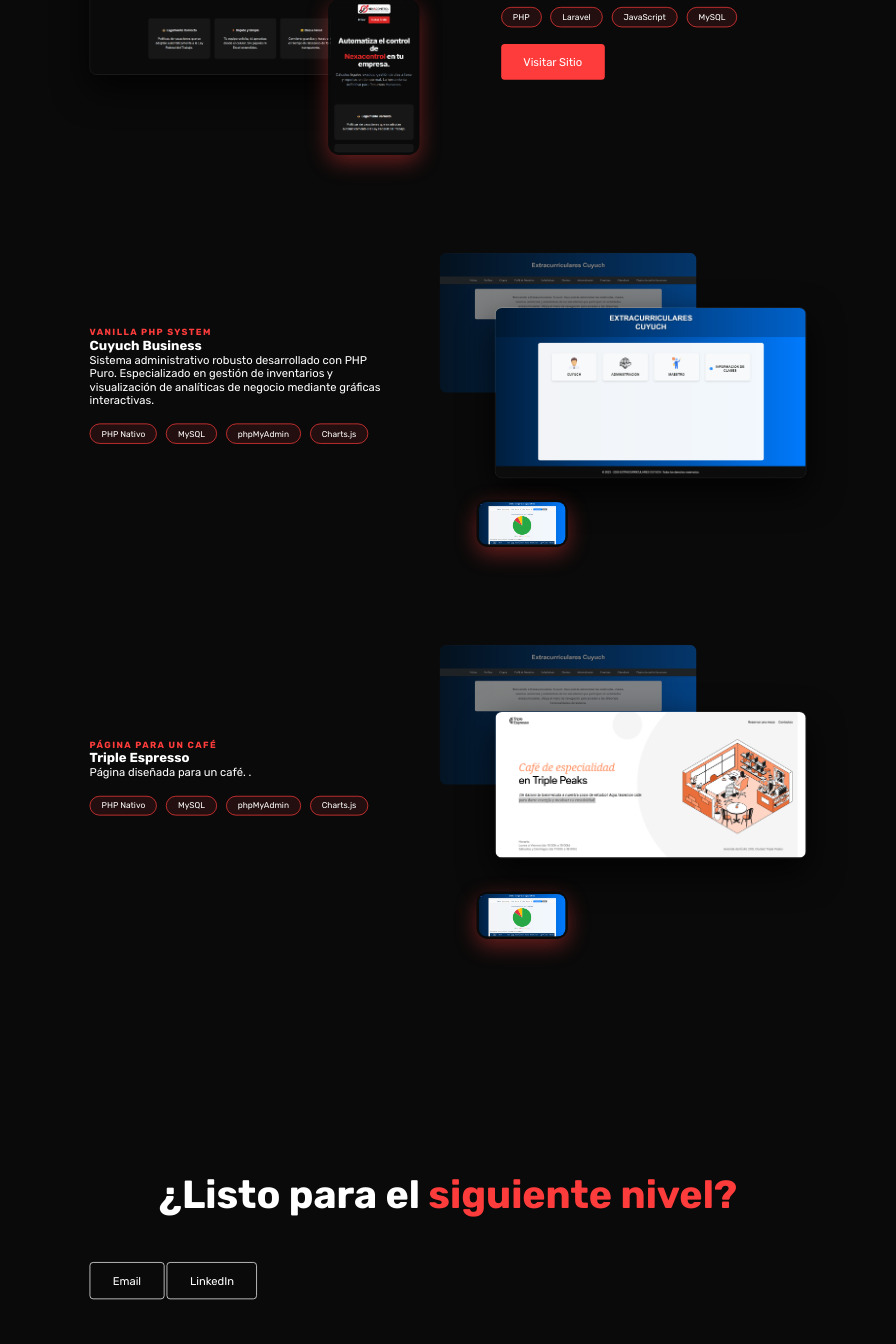
Repository: hercules830/Mi-portfolio-profesional
Page: index.html
An editor plug-in stored every save of this project. The page is shown before and after the next save, followed by the edit.
The browser window is 1280 px wide. The pictures show the part of the page from y = 1690 to 3610 px (the page is 3610 px tall), at 70% of full size.
Some web fonts or font styles are not loaded; a fallback is used.

Above is the page before, as saved 2026-05-30 19:51:34.

### index.html
<!DOCTYPE html>
<html lang="es">
  <head>
    <meta charset="UTF-8" />
    <meta name="viewport" content="width=device-width, initial-scale=1.0" />
    <link rel="stylesheet" href="styles.css" />
    <link rel="preconnect" href="https://fonts.googleapis.com" />
    <link rel="preconnect" href="https://fonts.gstatic.com" crossorigin />
    <link
      href="https://fonts.googleapis.com/css2?family=Rubik:wght@300;400;700&family=Rubik+Storm&display=swap"
      rel="stylesheet"
    />
    <title>Brayan Espinoza | Full Stack Developer</title>
  </head>
  <body>
    <header class="header">
      <nav class="nav">
        <div class="logo-container">
          <p class="logo">BRAYAN <span>ESPINOZA</span></p>
        </div>
        <ul class="links">
          <li><a class="link" href="#inicio">Inicio</a></li>
          <li><a class="link" href="#habilidades">Habilidades</a></li>
          <li><a class="link" href="#proyectos">Proyectos</a></li>
          <li><a class="link" href="#contacto">Contacto</a></li>
        </ul>
      </nav>

      <div class="description" id="inicio">
        <h1 class="header-title">Brayan</h1>
        <p class="my-description">Engineer + Full Stack Web Developer</p>
        <div class="cta-container">
          <a href="#proyectos" class="btn-primary">Ver Proyectos</a>
          <a href="#contacto" class="btn-secondary">Contáctame</a>
        </div>
      </div>
    </header>

    <section class="section" id="habilidades">
      <h2 class="section-title">Habilidades <span>Técnicas</span></h2>
      <div class="skills-grid">
        <div class="skill-card">
          <h3>Backend</h3>
          <p>PHP, Laravel, Node.js, MySQL, Eloquent ORM, REST APIs</p>
        </div>
        <div class="skill-card">
          <h3>Frontend</h3>
          <p>JavaScript (ES6+), React, HTML5, CSS3, Tailwind</p>
        </div>
        <div class="skill-card">
          <h3>Herramientas</h3>
          <p>Git, Postman, SCRUM, Linux, arquitectura de bases de datos</p>
        </div>
      </div>
    </section>

    <section class="section" id="proyectos">
      <h2 class="section-title">Proyectos <span>SaaS</span></h2>

      <!-- PROYECTO 1: NEXACONTROL (Tecnologías originales) -->
      <div class="featured-project">
        <div class="featured-img-container">
          <img
            src="assets/img/projects/indexNexa.png"
            alt="Nexacontrol Landing"
            class="img-lead zoomable"
          />
          <img
            src="assets/img/projects/panelJefeAreaNexa.png"
            alt="Nexacontrol Panel"
            class="img-panel zoomable"
          />
          <img
            src="assets/img/projects/indexNexaPhone.png"
            alt="Nexacontrol Mobile"
            class="img-phone zoomable"
          />
        </div>
        <div class="featured-info">
          <span class="tag">SaaS Ecosystem</span>
          <h3>Nexacontrol</h3>
          <p>
            Plataforma integral de gestión de capital humano. Automatiza
            cálculos de legislación laboral, control de asistencia y flujos de
            aprobación para RRHH.
          </p>
          <div class="tech-stack">
            <span>PHP</span><span>Laravel</span><span>JavaScript</span
            ><span>MySQL</span>
          </div>
          <div class="actions">
            <a
              href="https://nexacontrolapp.com"
              target="_blank"
              class="btn-primary"
              >Visitar Sitio</a
            >
          </div>
        </div>
      </div>

      <!-- PROYECTO 2: CUYUCH (PHP Puro / Vanilla) -->
      <div class="featured-project reverse">
        <div class="featured-info">
          <span class="tag">Vanilla PHP System</span>
          <h3>Cuyuch Business</h3>
          <p>
            Sistema administrativo robusto desarrollado con PHP Puro.
            Especializado en gestión de inventarios y visualización de
            analíticas de negocio mediante gráficas interactivas.
          </p>
          <div class="tech-stack">
            <span>PHP Nativo</span><span>MySQL</span><span>phpMyAdmin</span
            ><span>Charts.js</span>
          </div>
        </div>
        <div class="featured-img-container">
          <img
            src="assets/img/projects/indexCuyuch.png"
            alt="Cuyuch Home"
            class="img-lead zoomable"
          />
          <img
            src="assets/img/projects/panelCuyuch.png"
            alt="Cuyuch Admin"
            class="img-panel zoomable"
          />
          <img
            src="assets/img/projects/graficaCuyuch.png"
            alt="Cuyuch Stats"
            class="img-phone zoomable"
          />
        </div>
      </div>

      <!-- PROYECTO 3: Triple Expresso (HTML, CSS) -->
      <div class="featured-project reverse">
        <div class="featured-info">
          <span class="tag">Página para un Café</span>
          <h3>Triple Espresso</h3>
          <p>Página diseñada para un café. .</p>
          <div class="tech-stack">
            <span>PHP Nativo</span><span>MySQL</span><span>phpMyAdmin</span
            ><span>Charts.js</span>
          </div>
        </div>
        <div class="featured-img-container">
          <img
            src="assets/img/projects/headTripleExpresso.png"
            alt="Cuyuch Home"
            class="img-lead zoomable"
          />
          <img
            src="assets/img/projects/panelCuyuch.png"
            alt="Cuyuch Admin"
            class="img-panel zoomable"
          />
          <img
            src="assets/img/projects/graficaCuyuch.png"
            alt="Cuyuch Stats"
            class="img-phone zoomable"
          />
        </div>
      </div>
    </section>

    <!-- MODAL PARA ZOOM (Lightbox) -->
    <div id="imageModal" class="modal">
      <span class="close">&times;</span>
      <img class="modal-content" id="imgFull" />
    </div>

    <footer class="section" id="contacto">
      <h2 class="section-title">
        ¿Listo para el <span>siguiente nivel?</span>
      </h2>
      <div class="social-links">
        <a href="mailto:musicabjhe830@gmail.com" class="btn-secondary">Email</a>
        <a
          href="https://www.linkedin.com/in/brayan-espinoza-57191512a"
          target="_blank"
          class="btn-secondary"
          >LinkedIn</a
        >
      </div>
    </footer>

    <script src="script.js"></script>
  </body>
</html>

### styles.css
:root {
  --primary-red: #ff3c3c;
  --dark-bg: #0a0a0a;
  --card-bg: #141414;
  --text-white: #ffffff;
  --gray-text: #b3b3b3;
}

* {
  margin: 0;
  padding: 0;
  box-sizing: border-box;
  scroll-behavior: smooth;
}
body {
  background-color: var(--dark-bg);
  color: var(--text-white);
  font-family: "Rubik", sans-serif;
  overflow-x: hidden;
}

/* --- HEADER --- */
.header {
  height: 100vh;
  background: linear-gradient(to bottom, transparent 60%, var(--dark-bg) 100%),
    linear-gradient(rgba(0, 0, 0, 0.5), rgba(0, 0, 0, 0.5)),
    url("assets/background.jpg");
  background-size: cover;
  background-position: center;
  display: flex;
  flex-direction: column;
}
.nav {
  display: flex;
  justify-content: space-between;
  padding: 2rem 5%;
  align-items: center;
}
.logo {
  font-weight: bold;
  letter-spacing: 2px;
}
.logo span {
  color: var(--primary-red);
}
.links {
  display: flex;
  list-style: none;
  gap: 2rem;
}
.link {
  color: white;
  text-decoration: none;
  font-size: 0.9rem;
  transition: 0.3s;
}
.link:hover {
  color: var(--primary-red);
}

.description {
  flex: 1;
  display: flex;
  flex-direction: column;
  justify-content: center;
  padding-left: 10%;
}
.header-title {
  font-family: "Rubik Storm", cursive;
  font-size: clamp(4rem, 10vw, 8rem);
  color: var(--primary-red);
  text-shadow: 0 0 30px rgba(255, 60, 60, 0.4);
}
.my-description {
  font-size: 1.5rem;
  color: var(--gray-text);
  margin-bottom: 2rem;
}

/* --- BOTONES --- */
.btn-primary {
  background: var(--primary-red);
  color: white;
  padding: 1rem 2rem;
  text-decoration: none;
  border-radius: 5px;
  transition: 0.3s;
  display: inline-block;
}
.btn-secondary {
  border: 1px solid white;
  color: white;
  padding: 1rem 2rem;
  text-decoration: none;
  border-radius: 5px;
  transition: 0.3s;
  display: inline-block;
}
.btn-primary:hover {
  transform: scale(1.05);
  box-shadow: 0 0 20px rgba(255, 60, 60, 0.4);
}

/* --- SECCIONES --- */
.section {
  padding: 8rem 10% 4rem 10%;
}
.section-title {
  font-size: clamp(2rem, 5vw, 3.5rem);
  margin-bottom: 4rem;
  text-align: center;
}
.section-title span {
  color: var(--primary-red);
}

.skills-grid {
  display: grid;
  grid-template-columns: repeat(auto-fit, minmax(280px, 1fr));
  gap: 2rem;
}
.skill-card {
  background: var(--card-bg);
  padding: 3rem;
  border-radius: 15px;
  border-left: 5px solid var(--primary-red);
  transition: 0.3s;
}
.skill-card h3 {
  margin-bottom: 1rem;
  color: var(--primary-red);
}

/* --- SHOWCASE DE PROYECTOS --- */
.featured-project {
  display: grid;
  grid-template-columns: 1.2fr 1fr;
  gap: 4rem;
  margin-bottom: 10rem;
  align-items: center;
}
.featured-project.reverse {
  grid-template-columns: 1fr 1.2fr;
}

.featured-img-container {
  position: relative;
  height: 400px;
  display: flex;
  align-items: center;
}
.img-lead {
  width: 85%;
  border-radius: 10px;
  box-shadow: 0 20px 50px rgba(0, 0, 0, 0.8);
  z-index: 2;
  transition: 0.5s;
  cursor: pointer;
  border: 1px solid rgba(255, 255, 255, 0.1);
}
.img-panel {
  position: absolute;
  top: 0;
  right: 0;
  width: 70%;
  border-radius: 10px;
  z-index: 1;
  opacity: 0.5;
  filter: blur(1px);
  transition: 0.5s;
  cursor: pointer;
}
.img-phone {
  position: absolute;
  bottom: -20px;
  right: 10%;
  width: 130px;
  z-index: 3;
  border: 3px solid var(--dark-bg);
  border-radius: 15px;
  box-shadow: 0 10px 30px rgba(255, 60, 60, 0.4);
  transition: 0.5s;
  cursor: pointer;
}

/* Inversión de imágenes para el modo reverse */
.reverse .img-lead {
  margin-left: auto;
}
.reverse .img-panel {
  left: 0;
  right: auto;
}
.reverse .img-phone {
  left: 10%;
  right: auto;
}

.featured-project:hover .img-lead {
  transform: translateX(-10px);
}
.featured-project:hover .img-panel {
  opacity: 1;
  filter: blur(0);
  transform: translate(10px, -10px);
}
.featured-project:hover .img-phone {
  transform: scale(1.1);
}

.tag {
  color: var(--primary-red);
  font-weight: bold;
  font-size: 0.8rem;
  letter-spacing: 2px;
  text-transform: uppercase;
}
.tech-stack {
  margin: 1.5rem 0;
  display: flex;
  gap: 0.8rem;
  flex-wrap: wrap;
}
.tech-stack span {
  background: rgba(255, 60, 60, 0.1);
  padding: 0.4rem 1rem;
  border-radius: 20px;
  border: 1px solid var(--primary-red);
  font-size: 0.75rem;
}

/* --- MODAL (ZOOM) --- */
.modal {
  display: none;
  position: fixed;
  z-index: 1000;
  padding-top: 50px;
  left: 0;
  top: 0;
  width: 100%;
  height: 100%;
  background-color: rgba(0, 0, 0, 0.9);
}
.modal-content {
  margin: auto;
  display: block;
  width: 80%;
  max-width: 1200px;
  border-radius: 10px;
  border: 2px solid var(--primary-red);
}
.close {
  position: absolute;
  top: 15px;
  right: 35px;
  color: #f1f1f1;
  font-size: 40px;
  font-weight: bold;
  cursor: pointer;
}

@media (max-width: 1000px) {
  .featured-project,
  .featured-project.reverse {
    grid-template-columns: 1fr;
    gap: 2rem;
  }
  .featured-img-container {
    height: 300px;
    order: -1;
  }
  .featured-info {
    text-align: center;
  }
  .tech-stack {
    justify-content: center;
  }
}

### script.js
document.addEventListener("DOMContentLoaded", () => {
  // 1. Lógica del Modal (Zoom de Imágenes)
  const modal = document.getElementById("imageModal");
  const modalImg = document.getElementById("imgFull");
  const span = document.getElementsByClassName("close")[0];

  document.querySelectorAll(".zoomable").forEach((img) => {
    img.onclick = function () {
      modal.style.display = "block";
      modalImg.src = this.src;
    };
  });

  span.onclick = function () {
    modal.style.display = "none";
  };

  modal.onclick = function (event) {
    if (event.target == modal) {
      modal.style.display = "none";
    }
  };

  // 2. Efecto Revelado al hacer Scroll (Intersection Observer)
  const observerOptions = { threshold: 0.1 };
  const observer = new IntersectionObserver((entries) => {
    entries.forEach((entry) => {
      if (entry.isIntersecting) {
        entry.target.style.opacity = "1";
        entry.target.style.transform = "translateY(0)";
      }
    });
  }, observerOptions);

  document.querySelectorAll(".section, .featured-project").forEach((el) => {
    el.style.opacity = "0";
    el.style.transform = "translateY(40px)";
    el.style.transition = "all 0.8s ease-out";
    observer.observe(el);
  });
});

After the next save:
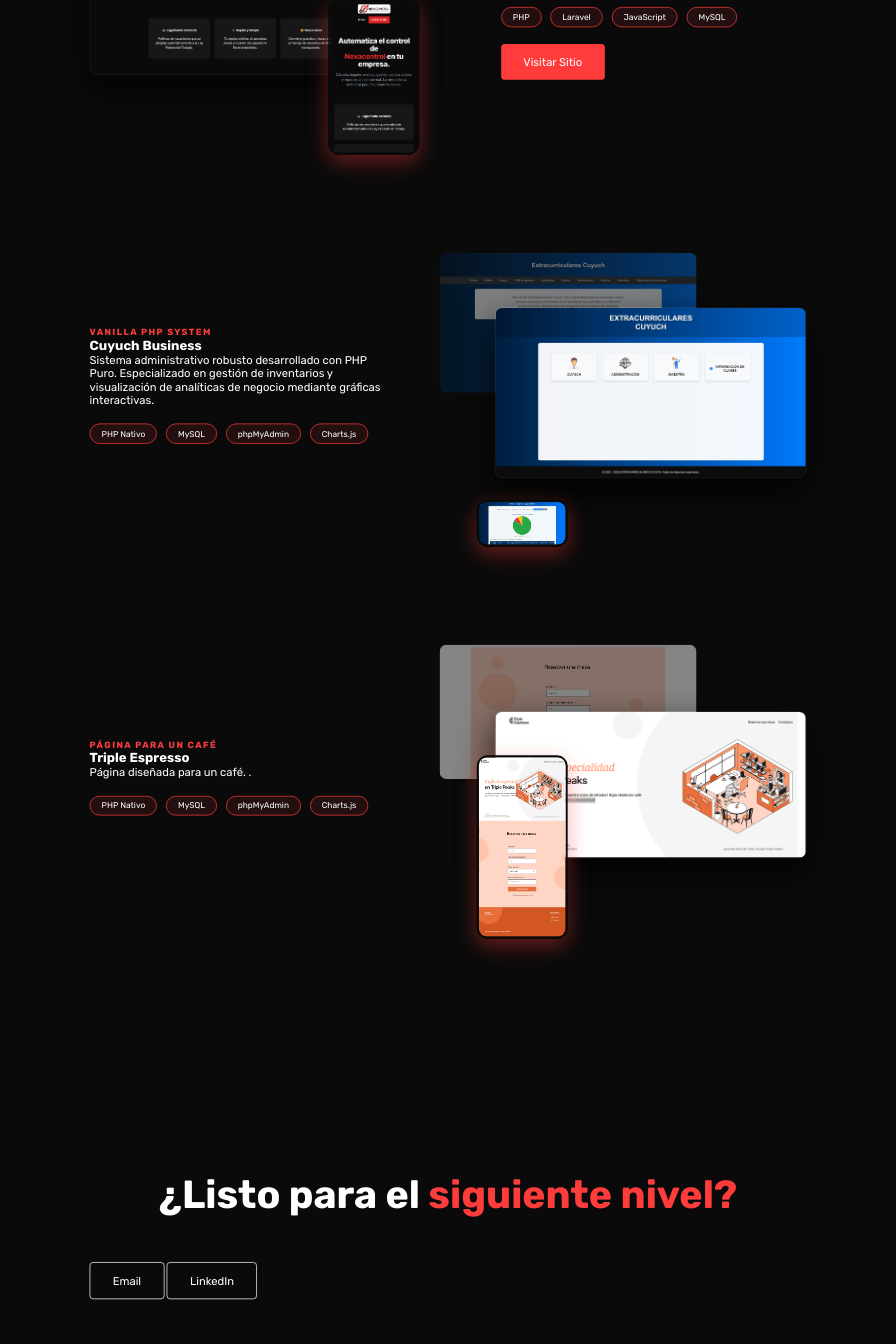
Saved 53 s later.
--- a/index.html
+++ b/index.html
@@ -151,12 +151,12 @@
             class="img-lead zoomable"
           />
           <img
-            src="assets/img/projects/panelCuyuch.png"
+            src="assets/img/projects/formTripleEspresso.png"
             alt="Cuyuch Admin"
             class="img-panel zoomable"
           />
           <img
-            src="assets/img/projects/graficaCuyuch.png"
+            src="assets/img/projects/phoneTripleEspresso.png"
             alt="Cuyuch Stats"
             class="img-phone zoomable"
           />
